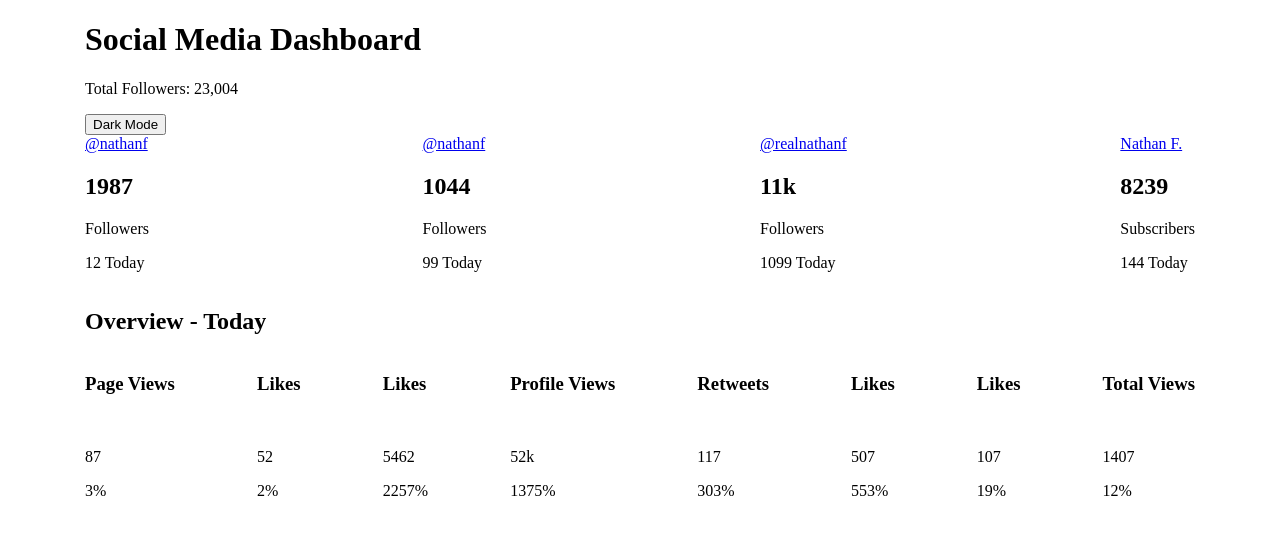
Repository: mamulini/social-media-dashboard-with-theme-switcher-master
Page: index.html
The author's editor kept a copy of each file at every save. The page is drawn from the files as they stood at one save, then again after the next save.
The browser window is 1280 px wide. The pictures show the whole page.

Above is the page before, as saved 2020-04-05 23:49:39.

After the next save:
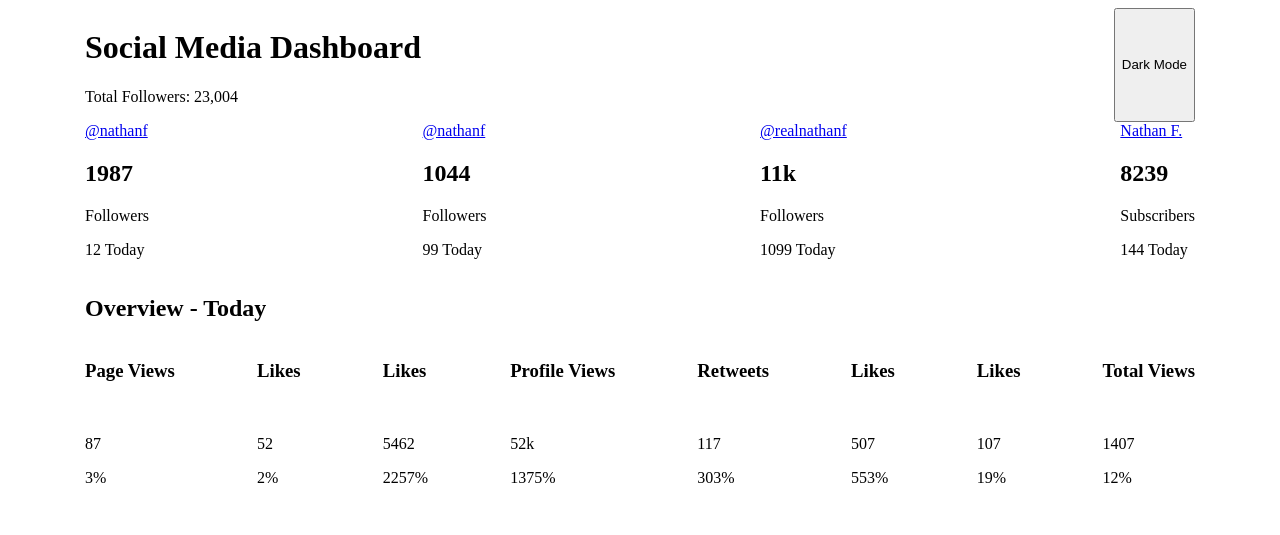
Saved 59 s later.
--- a/css/style.css
+++ b/css/style.css
@@ -2,6 +2,11 @@
     max-width: 1110px;
     margin: 0 auto;
 
+}
+
+.header{
+    display: flex;
+    justify-content: space-between;
 }
 
 .followers_block{
